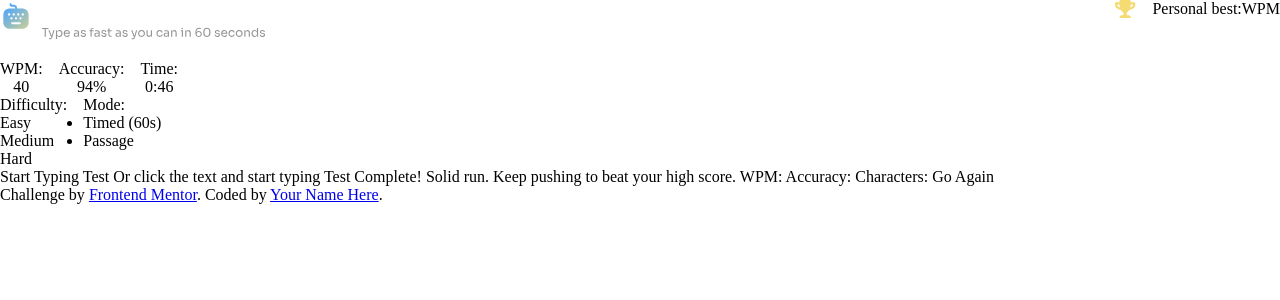
Repository: eva003n/typing-speed-test
Page: index.html
An editor plug-in stored every save of this project. The page is shown before and after the next save, followed by the edit.
The browser window is 1280 px wide. The pictures show the whole page.

Above is the page before, as saved 2026-02-13 00:53:22.

### index.html
<!doctype html>
<html lang="en">
  <head>
    <meta charset="UTF-8" />
    <meta name="viewport" content="width=device-width, initial-scale=1.0" />
    <!-- displays site properly based on user's device -->

    <link
      rel="icon"
      type="image/png"
      sizes="32x32"
      href="./assets/images/favicon-32x32.png"
    />
    <link rel="stylesheet" href="/style.css" />
    <title>Frontend Mentor | Typing Speed Test</title>
  </head>
  <body>
    <header class="grid header">
      <div class="flex header-top">
        <div class="header-left">
          <!-- logo -->
          <img
            srcset="
              assets/images/logo-small.svg  32w,
              assets/images/logo-large.svg 267w
            "
            sizes="(width <= 600px) 32px,
               267px"
            src="assets/images/logo-small.svg"
            alt="Typing speed test logo icon"
          />
        </div>
        <div class="flex header-right">
          <svg
            xmlns="http://www.w3.org/2000/svg"
            width="21"
            height="18"
            fill="none"
            viewBox="0 0 21 18"
          >
            <path
              fill="#f4dc73"
              d="M19.406 2.25c.457 0 .844.387.844.844v1.969c0 1.265-.809 2.566-2.18 3.55-1.125.809-2.46 1.301-3.867 1.477-1.125 1.828-2.39 2.566-2.39 2.566v2.531H13.5c1.23 0 2.25.739 2.25 1.97v.421c0 .246-.21.422-.422.422H4.922a.406.406 0 0 1-.422-.422v-.422c0-1.23.984-1.968 2.25-1.968h1.688v-2.532s-1.301-.738-2.426-2.566c-1.407-.176-2.742-.668-3.867-1.477C.773 7.63 0 6.328 0 5.063v-1.97c0-.456.352-.843.844-.843H4.5V.844C4.5.387 4.852 0 5.344 0h9.562c.457 0 .844.387.844.844V2.25zM3.48 6.785c.422.317.915.563 1.477.774A12.7 12.7 0 0 1 4.5 4.5H2.25v.563c0 .421.352 1.125 1.23 1.722M18 5.062V4.5h-2.285a12.7 12.7 0 0 1-.457 3.059c.562-.211 1.055-.457 1.476-.774C17.367 6.363 18 5.66 18 5.062"
            />
          </svg>
          <div class="">
          <p class="best-txt">
            <span class="personal-text">Personal</span>
            best:<span class="typing-unit">WPM</span></p>
          </div>
        </div>
      </div>
      <div class="header-bottom">
        <div class="flex header-left">
          <div>
            <p>WPM:</p>
            <span>40</span>
          </div>
          <div>
            <p>Accuracy:</p>
            <span>94%</span>
          </div>
          <div>
            <p>Time:</p>
            <span>0:46</span>
          </div>
        </div>
        <div class="flex header-right">
          <div class="difficulty">
            <p class="difficulty-txt">Difficulty:</p>
            <ul>
              <li>Easy</li>
              <li>Medium</li>
              <li>Hard</li>
            </ul>
          </div>
          <div class="mode">
            <p class="mode-txt">Mode:</p>
            <ul>
              <li>Timed (60s)</li>
              <li>Passage</li>
            </ul>

          </div>
        </div>
      </div>
    </header>
    <section></section>

    <!-- Passage -->

    Start Typing Test Or click the text and start typing

    <!-- Test Complete Start -->

    Test Complete! Solid run. Keep pushing to beat your high score. WPM:
    <!-- WPM -->
    Accuracy:
    <!-- Accuracy -->
    Characters:
    <!-- Correct/Incorrect -->

    Go Again

    <!-- Test Complete End -->

    <div class="attribution">
      Challenge by
      <a href="https://www.frontendmentor.io?ref=challenge">Frontend Mentor</a>.
      Coded by <a href="#">Your Name Here</a>.
    </div>
  </body>
</html>

### style.css
/* sora-regular - latin */
@font-face {
  font-display: swap; /* Check https://developer.mozilla.org/en-US/docs/Web/CSS/@font-face/font-display for other options. */
  font-family: 'Sora';
  font-style: normal;
  font-weight: 400;
  src: url('/assets/fonts/sora-v17-latin-regular.woff2') format('woff2'); /* Chrome 36+, Opera 23+, Firefox 39+, Safari 12+, iOS 10+ */
}
/* sora-600 - latin */
@font-face {
  font-display: swap; /* Check https://developer.mozilla.org/en-US/docs/Web/CSS/@font-face/font-display for other options. */
  font-family: 'Sora';
  font-style: normal;
  font-weight: 600;
  src: url('/assets/fonts/sora-v17-latin-600.woff2') format('woff2'); /* Chrome 36+, Opera 23+, Firefox 39+, Safari 12+, iOS 10+ */
}
/* sora-700 - latin */
@font-face {
  font-display: swap; /* Check https://developer.mozilla.org/en-US/docs/Web/CSS/@font-face/font-display for other options. */
  font-family: 'Sora';
  font-style: normal;
  font-weight: 700;
  src: url('/assets/fonts/sora-v17-latin-700.woff2') format('woff2'); /* Chrome 36+, Opera 23+, Firefox 39+, Safari 12+, iOS 10+ */
}

:root {
--green-500: hsl(140, 63%, 57%);
--red-500: hsl(354, 63%, 57%);
--yellow-400: hsl(49, 85%, 70%);

--blue-600: hsl(214, 100%, 55%);
--blue-400: hsl(210, 100%, 65%);


--neutral-900: hsl(0, 0%, 7%);
--neutral-800: hsl(0, 0%, 15%);
--neutral-500: hsl(240, 3%, 46%);
--neutral-400: hsl(240, 1%, 59%);
--neutral-0: hsl(0, 0%, 100%);

--fz-sm: 1rem;

--fw-400: 400;
--fw-600: 600;
--fw-700: 700;
}

*,
*::before,
*::after {
    margin: 0;
    padding: 0;
}

body {
    min-height: 100svh;
    font-size: var(--fz-sm);

}

.grid {
  display: grid;
  gap: var(--gap, 1rem);
}
.flex {
  display: flex;
  gap: var(--gap, 1rem);
}

.header {

}
.header-top {
  justify-content: space-between;
}
.header-bottom .header-left {
  text-align: center;

}

After the next save:
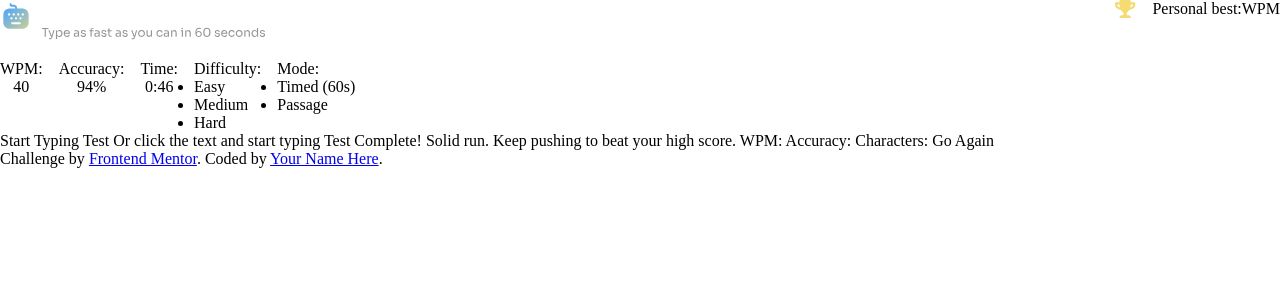
Saved 24 s later.
--- a/index.html
+++ b/index.html
@@ -50,7 +50,7 @@
           </div>
         </div>
       </div>
-      <div class="header-bottom">
+      <div class="flex header-bottom">
         <div class="flex header-left">
           <div>
             <p>WPM:</p>
